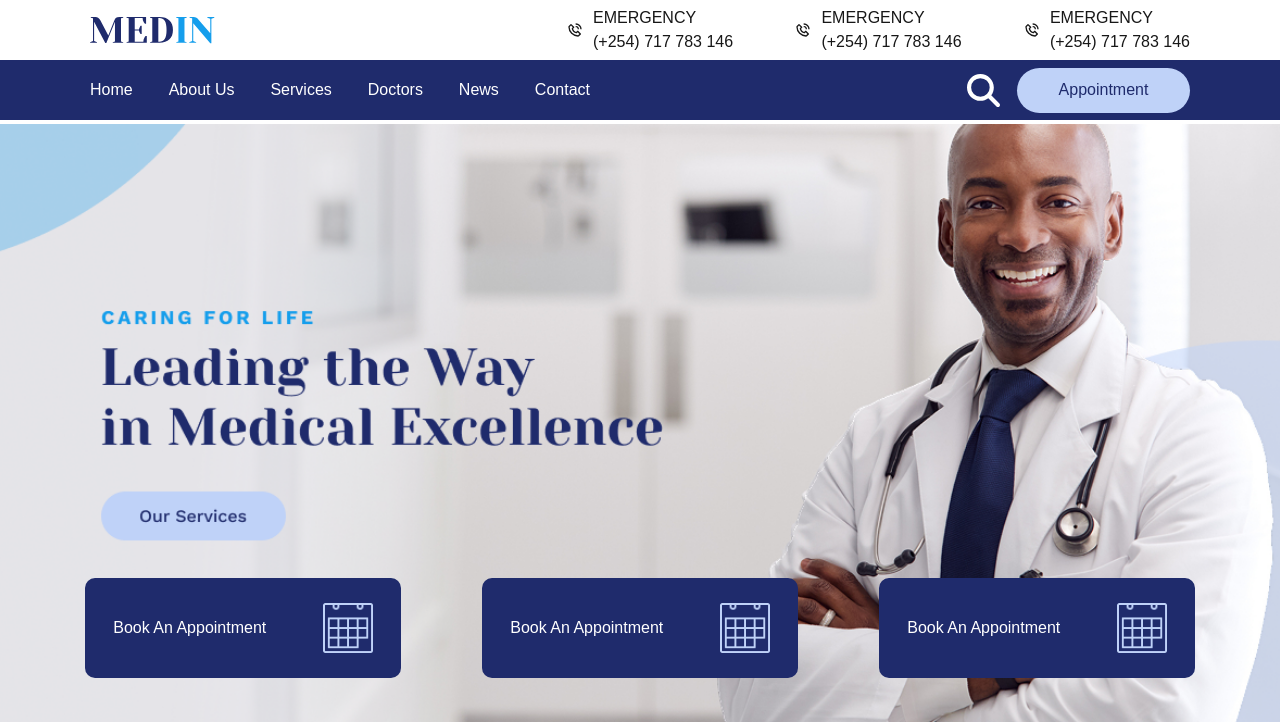
Repository: SynHK3/Poc_Hospital
Page: /home (app in fe_hospital/)
The author's editor kept a copy of each file at every save. The page is drawn from the files as they stood at one save, then again after the next save.
The browser window is 1280 px wide. The pictures show the whole page.
The project was rebuilt for these pictures with package versions that can differ from the ones it lists, and the page was loaded fresh each time. The framework's server and built-in components were replaced by stand-ins that run in the browser. Also part of the build but not shown: fe_hospital/next.config.ts.

Above is the page before, as saved 2025-09-02 14:32:08.

After the next save:
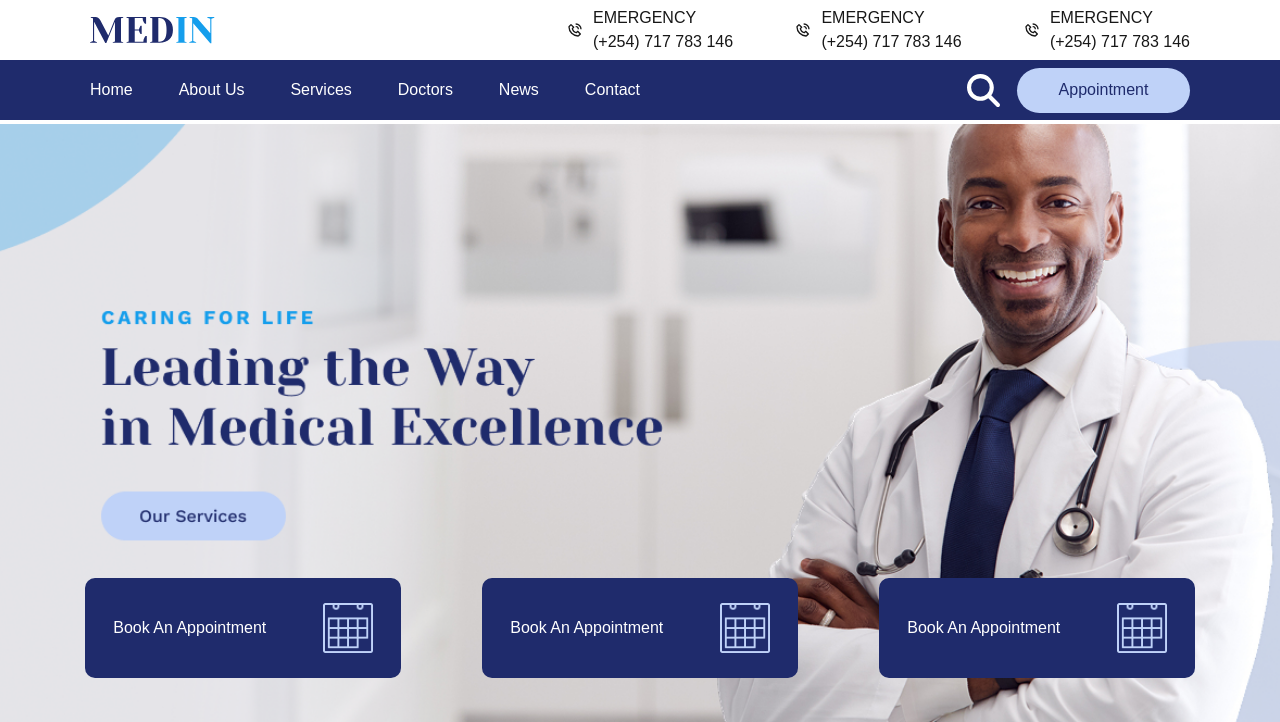
Saved 19 s later.
--- a/fe_hospital/src/components/header/header.css
+++ b/fe_hospital/src/components/header/header.css
@@ -55,7 +55,7 @@
 }
 
 .header__list--nav {
-  width: 500px;
+  width: 550px;
   display: flex;
   justify-content: space-between;
 }
